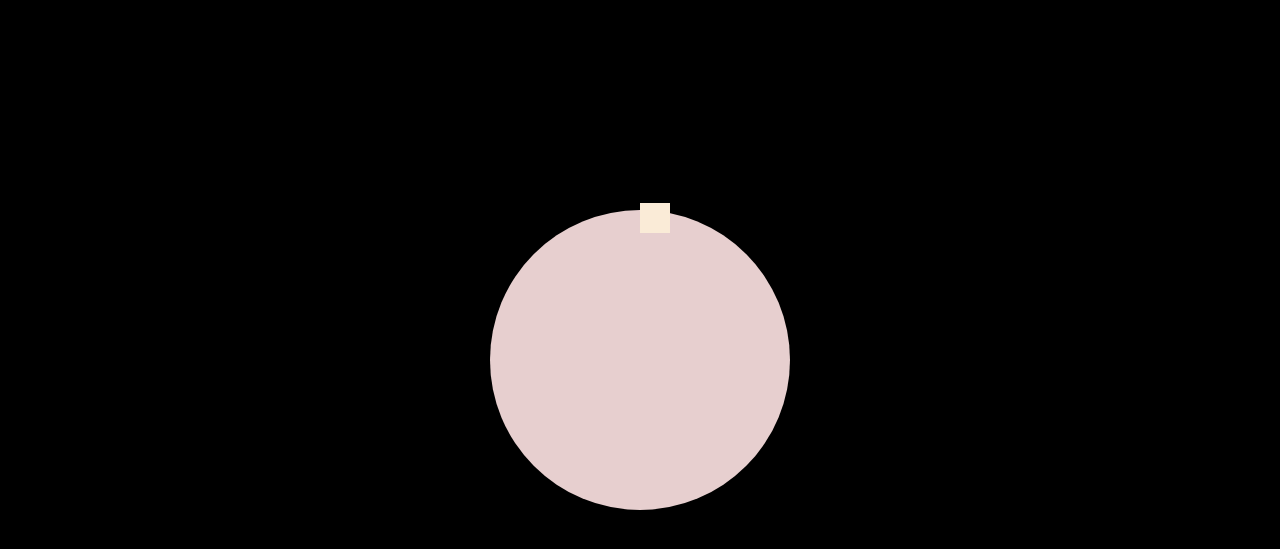
Repository: zjria/Colorful-Glowing-Liquid-Bowl-Animation-Effects
Page: index.html
The author's editor kept a copy of each file at every save. The page is drawn from the files as they stood at one save, then again after the next save.
The browser window is 1280 px wide. The pictures show the whole page.

Above is the page before, as saved 2022-04-15 17:40:40.

### index.html
<!DOCTYPE html>
<html lang="en">
<head>
    <meta charset="UTF-8">
    <meta http-equiv="X-UA-Compatible" content="IE=edge">
    <meta name="viewport" content="width=device-width, initial-scale=1.0">
    <title>Colorful Glowing Liquid Bowl Animation Effects</title>
    <link rel="stylesheet" href="style.css">
</head>
<body>
    <section>
        <div class="bowl">
            <div class="liquid">

            </div>
        </div>

    </section>
</body>
</html>

### style.css
*{
    margin: 0;
    padding: 0;
    box-sizing: border-box;
}
section{
    display: flex;
    justify-content: center;
    align-items: center;
    background-color: black;
    min-height: 100vh;
}
.bowl{
    position: relative;
    width: 300px;
    height: 300px;
    border-radius: 50%;
    background-color: rgba(231, 207, 207);
    border: 8px solid transparent;
}
.bowl::before{
    content: "";
    position: absolute;
    top: -15px;
    left: 50%;
    border: 15px solid antiquewhite;
}

After the next save:
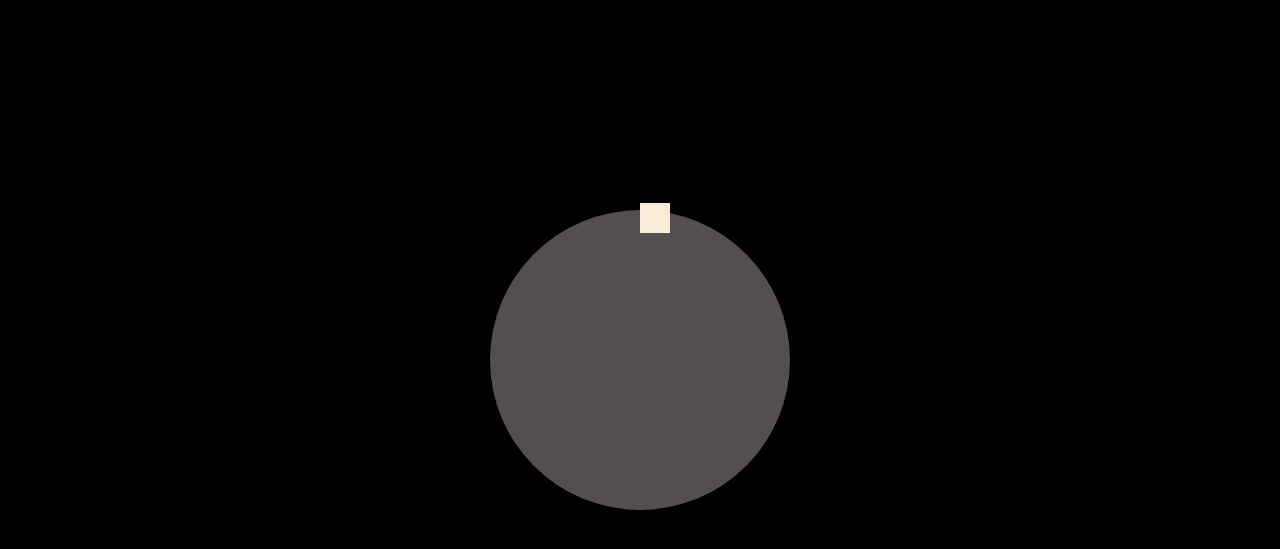
Saved 15 s later.
--- a/style.css
+++ b/style.css
@@ -15,7 +15,7 @@
     width: 300px;
     height: 300px;
     border-radius: 50%;
-    background-color: rgba(231, 207, 207);
+    background-color: rgb(85, 78, 78);
     border: 8px solid transparent;
 }
 .bowl::before{
